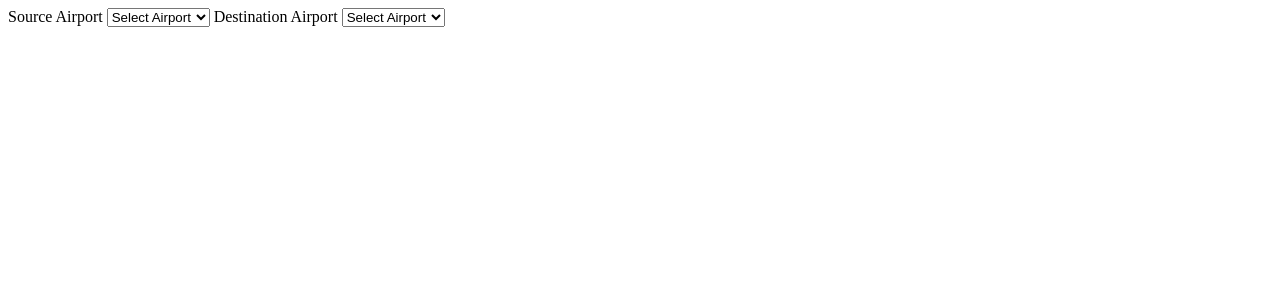
Repository: gotoharjeet/FlyAirline
Page: http://localhost/FlyAirline/searchFlight.jsp
These files come from the project's save history. The page is drawn as it stood at one moment and after the next save; the edit follows.
The browser window is 1280 px wide. The pictures show the whole page.
The page is served by Tomcat 9. Other server files are loaded and not shown. Queries for data that is not in the repository find no rows.

Above is the page before, as saved 2022-08-16 11:38:07.

### FlyAirline/src/main/webapp/searchFlight.jsp
<%@ page language="java" contentType="text/html; charset=UTF-8"
    pageEncoding="UTF-8"%>
<%@ page import="java.sql.*" %>
<!DOCTYPE html>
<html>
<head>
<meta charset="UTF-8">

<title>Populate Source Airport List</title>
</head>
<body>

   <form action="searchFlightServlet" method="post">

  	<label>Source Airport</label>
   	<select name="dep_airportCode">
   		<option value="-1">Select Airport
   		  <%
   		 	  String query="select * from dep_airport";
			  Connection connection=null;
			  Class.forName("com.mysql.cj.jdbc.Driver");
			  connection=DriverManager.getConnection("jdbc:mysql://localhost:3306/mytrgdb",
						"root",
						"root");
			  Statement statement = connection.createStatement();
			  ResultSet rs=statement.executeQuery(query);

			  while(rs.next())
			  {

				%>
				<option value="<%=rs.getString("airportCode")%>"><%=rs.getString("airport_name")%></option>
				<%
			  }
   		  %>
   		</option>
	   	</select>

	    <label>Destination Airport</label>
	    <select name="arr_airportCode">
	        <option value="-1">Select Airport
	        <%
	        	String query1="select * from place_airport";
	        	Connection connection1=null;
	        	Class.forName("com.mysql.cj.jdbc.Driver");
	        	connection1=DriverManager.getConnection("jdbc:mysql://localhost:3306/mytrgdb",
						"root",
						"root");
	        	Statement statement1 = connection1.createStatement();
	        	ResultSet rs1=statement1.executeQuery(query1);

	        	while(rs1.next())
	        	{
	        		%>
	        		<option value="<%=rs1.getString("airportCode")%>"><%=rs1.getString("airport_name")%></option>
	        		<%
	        	}
	        %>
	        </option>
	    </select>
   </form>

</body>
</html>

After the next save:
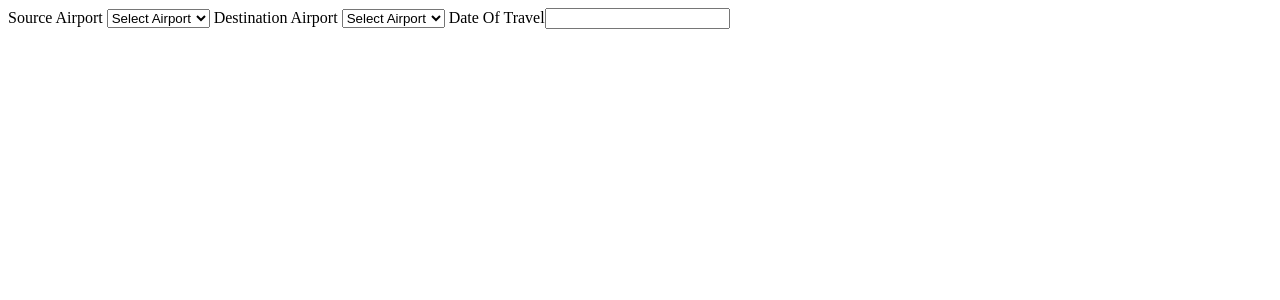
Saved 96 s later.
--- a/FlyAirline/src/main/webapp/searchFlight.jsp
+++ b/FlyAirline/src/main/webapp/searchFlight.jsp
@@ -58,6 +58,7 @@
 	        %>
 	        </option>
 	    </select>
+	    Date Of Travel<input type="text" name="dot">
    </form>
 
 </body>
